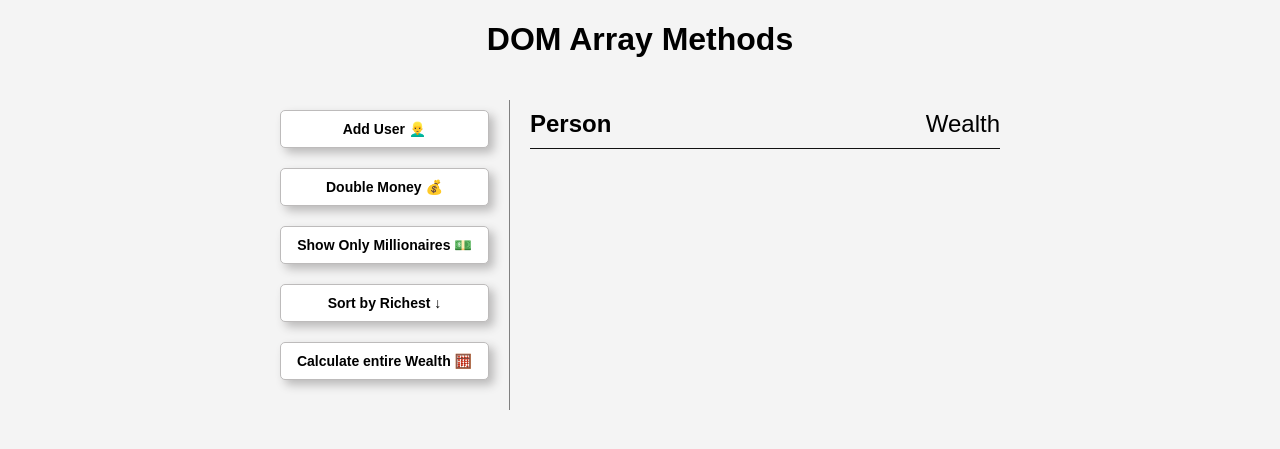
Repository: Youvelop/DOMArrayMethods
Page: index.html
The author's editor kept a copy of each file at every save. The page is drawn from the files as they stood at one save, then again after the next save.
The browser window is 1280 px wide. The pictures show the whole page.
The page's requests for data from a server got no answer.

Above is the page before, as saved 2020-07-01 14:35:16.

### index.html
<!DOCTYPE html>
<html lang="en">
  <head>
    <meta charset="UTF-8" />
    <meta name="viewport" content="width=device-width, initial-scale=1.0" />
    <link rel="stylesheet" href="style.css" />
    <title>DOM Array Methods</title>
  </head>
  <body>
    <h1>DOM Array Methods</h1>

    <div class="container">
      <aside>
        <button id="add-user">Add User 👱‍♂️</button>
        <button id="double">Double Money 💰</button>
        <button id="show-millionaire">Show Only Millionaires 💵</button>
        <button id="sort">Sort by Richest ↓</button>
        <button id="calculate-wealth">Calculate entire Wealth 🧮</button>
      </aside>
      <main id="main">
        <h2><strong>Person</strong>Wealth</h2>
      </main>
    </div>

    <script src="script.js"></script>
  </body>
</html>

### style.css
* {
  box-sizing: border-box;
}
body {
  background: #f4f4f4;
  font-family: Arial, Helvetica, sans-serif;
  display: flex;
  flex-direction: column;
  align-items: center;
  min-height: 100vh;
  margin: 0;
}

.container {
  display: flex;
  padding: 20px;
  margin: 0 auto;
  max-width: 100%;
  width: 800px;
}

aside {
  padding: 10px 20px;
  width: 250px;
  border-right: 1px solid rgb(128, 128, 128);
}
button {
  cursor: pointer;
  background-color: #fff;
  border: solid 1px rgb(189, 187, 187);
  box-shadow: 5px 5px 10px #bbbaba;
  border-radius: 5px;
  display: block;
  width: 100%;
  padding: 10px;
  margin-bottom: 20px;
  font-weight: bold;
  font-size: 14px;
}

main {
  flex: 1;
  padding: 10px 20px;
}

h2 {
  border-bottom: 1px solid #111;
  padding-bottom: 10px;
  display: flex;
  justify-content: space-between;
  font-weight: 300;
  margin: 0 0 20px;
}
h3 {
  background-color: #fff;
  border-bottom: 1px solid #111;
  padding: 10px;
  display: flex;
  justify-content: space-between;
  font-weight: 300;
  margin: 20px 0 0;
}

.person {
  display: flex;
  justify-content: space-between;
  font-size: 20px;
  margin-bottom: 10px;
}

### script.js
const main = document.getElementById('main');
const addUserBtn = document.getElementById('add-user');
const doubleBtn = document.getElementById('double');
const showMillionairesBtn = document.getElementById('show-millionaires');
const sortBtn = document.getElementById('sort');
const calculateWealthBtn = document.getElementById('calculate-wealth');

let datd = [];

getRandomUser();
getRandomUser();
getRandomUser();

// Fetch random user and add money
async function getRandomUser() {
  const res = await fetch('https://randomuser.me/api');
  const data = await res.json();

  const user = data.results[0];

  const newUser = {
    name: `${user.name.first} ${user.name.last}`,
    money: Math.floor(Math.random() * 1000000),
  };

  addData(newUser);
}

// Add new obj to data arr
function addData(obj) {
  data.push(obj);

  updateDOM();
}

// Update DOM
function updateDOM(providedData = data) {
  // Clear main div
  main.innerHTML = '<h2><strong>Person</strong>Wealth</h2>';

  providedData.forEach((item) => {
    const element = document.createElement('div');
    element.classList.add('person');
    element.innerHTML = `<strong>${item.name}</strong> ${formatMoney(
      item.money
    )}`;
    main.appendChild(element);
  });
}

// Format number as money
function formatMoney(number) {
  return '$' + number.toFixed(2).replace(/\d(?=(\d{3})+\.)/g, '$&,');
}

// Event Listeners
addUserBtn.addEventListener('click', getRandomUser);

After the next save:
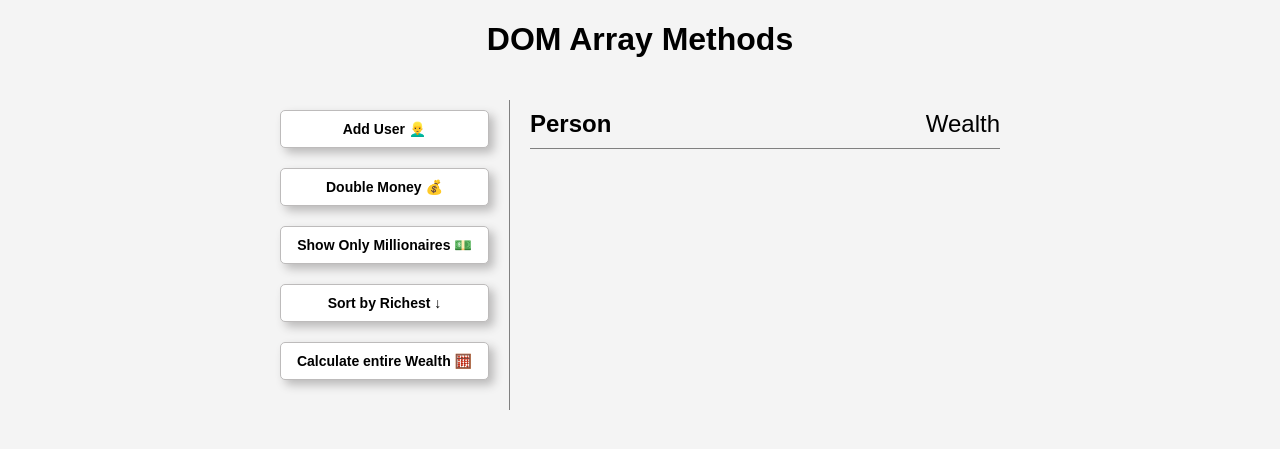
Saved 18 s later.
--- a/style.css
+++ b/style.css
@@ -44,7 +44,7 @@ main {
 }
 
 h2 {
-  border-bottom: 1px solid #111;
+  border-bottom: 1px solid rgb(128, 128, 128);
   padding-bottom: 10px;
   display: flex;
   justify-content: space-between;
